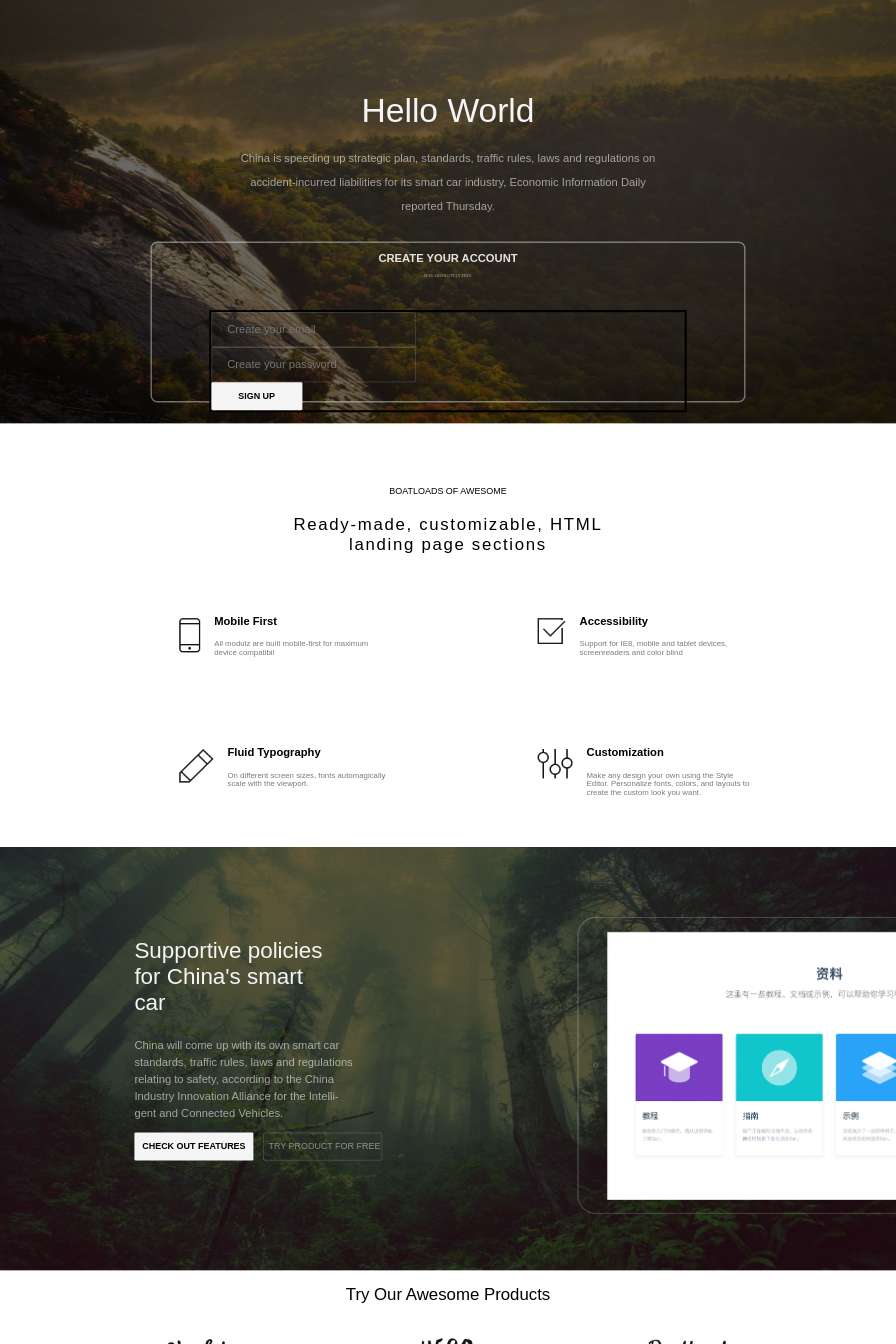
Repository: sogeisetsu/suy-ife
Page: 009-011/index.html
An editor plug-in stored every save of this project. The page is shown before and after the next save, followed by the edit.
The browser window is 1280 px wide. The pictures show the part of the page from y = 0 to 1920 px (the page is 4420 px tall), at 70% of full size.
A picture or video elsewhere on the page could not be fetched, so the positions and the page height are approximate.

Above is the page before, as saved 2019-10-13 00:40:25.

After the next save:
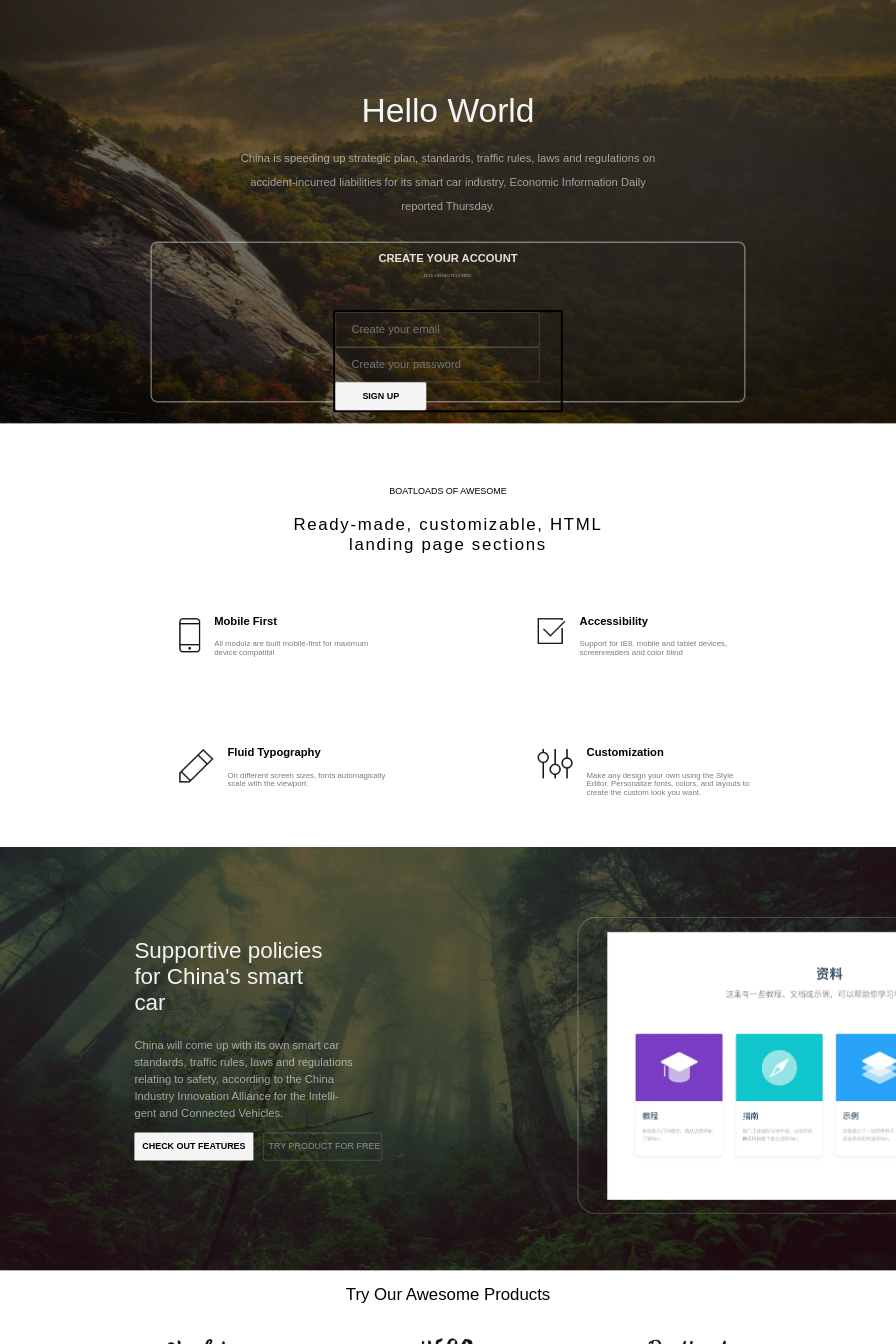
Saved 31 s later.
--- a/009-011/index.css
+++ b/009-011/index.css
@@ -363,7 +363,7 @@ input{
 
 }
 .page7form, form{
-    width: 80%;
-    margin: 10px auto;
+    /* width: 80%;
+    margin: 10px auto; */
     border: solid 3px;
 }
